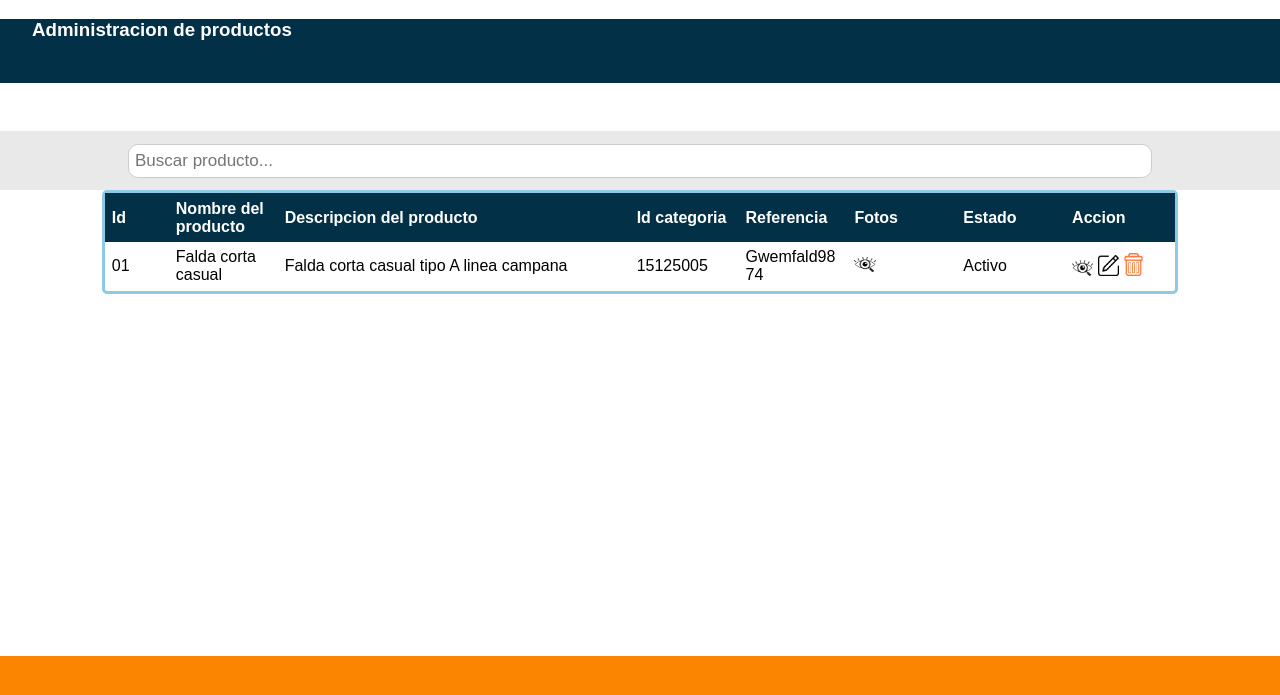
Repository: AlexanderBarona/Proyecto_Ciclo3_Mintic
Page: PaginaWeb/pages/listar_productos.html
An editor plug-in stored every save of this project. The page is shown before and after the next save, followed by the edit.
The browser window is 1280 px wide. The pictures show the whole page.

Above is the page before, as saved 2021-09-30 15:37:27.

After the next save:
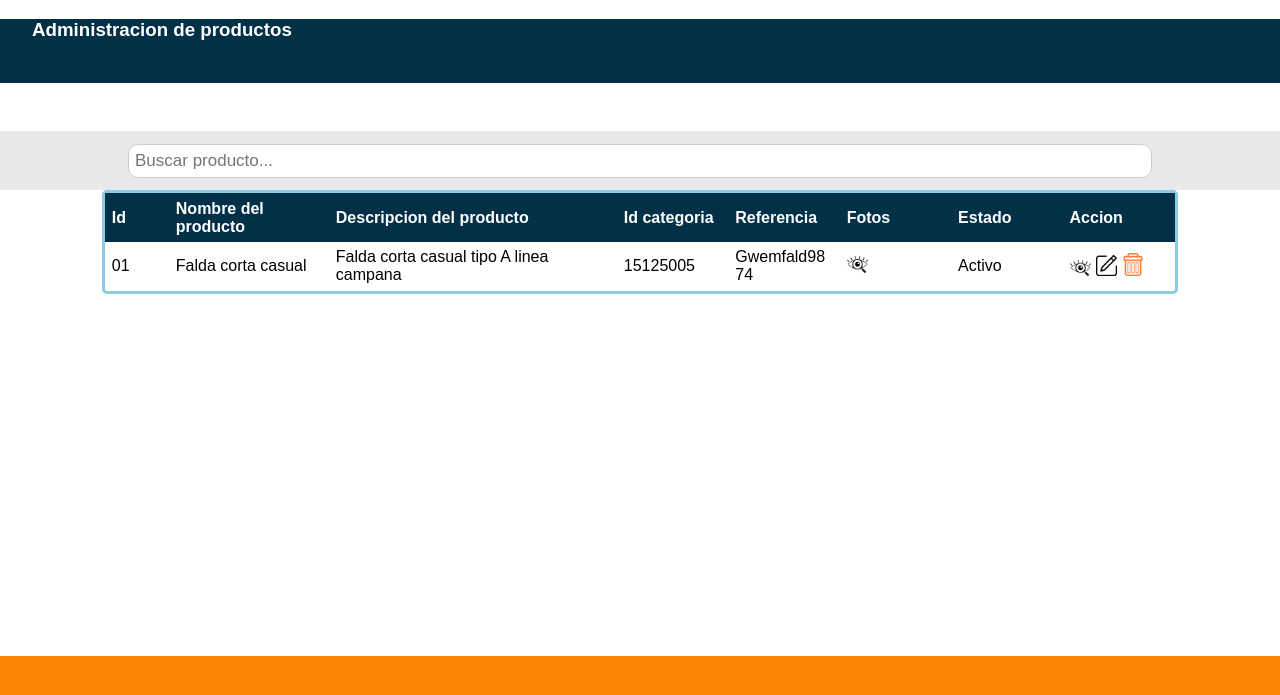
Saved 37 s later.
--- a/PaginaWeb/css/admin_user.css
+++ b/PaginaWeb/css/admin_user.css
@@ -174,9 +174,11 @@ background-color: #ece4e4;
 .table_entity3 td:first-child {
   width: 4em;
 }
-
+.table_entity3 td:nth-child(2) {
+  width: 10em;
+}
 .table_entity3 td:nth-child(3) {
-  width: 22em;
+  width: 18em;
 }
 /* css checkbox */
 
